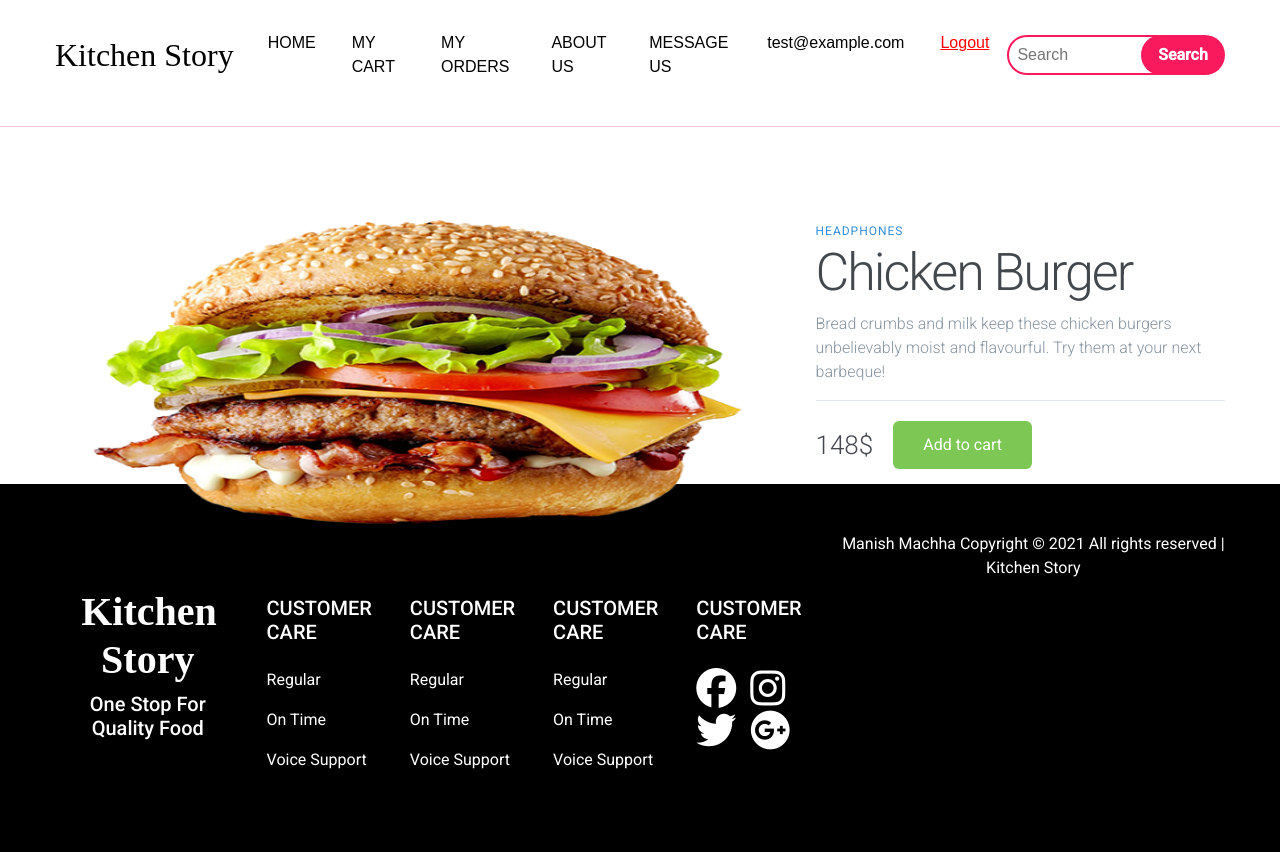
Repository: manishmachha/project-kitchenStory
Page: http://localhost/Phase_4_Kitchen_Story/products.jsp
These files come from the project's save history. The page is drawn as it stood at one moment and after the next save; the edit follows.
The browser window is 1280 px wide. The pictures show the whole page.
Some web fonts or font styles are not loaded; a fallback is used. Some web libraries are served in a nearby version. The page is served by Tomcat 10. The session is filled in as if someone had signed in: {"email": "test@example.com"}. Other server files are loaded and not shown.

Above is the page before, as saved 2022-03-08 11:08:52.

### Phase 4 Kitchen Story/src/main/webapp/products.jsp
<%@ page language="java" contentType="text/html; charset=ISO-8859-1"
	pageEncoding="ISO-8859-1"%>
<%@include file="header.jsp"%>
<%@page import="com.project.connection.ConnectionProvider"%>
<%@page import="java.sql.*"%>
<!DOCTYPE html>
<html>

<head>
<meta charset="utf-8">
<meta name="viewport" content="width=device-width, initial-scale=1">
<title>Tutorial</title>
<!-- Fonts -->
<link href="https://fonts.googleapis.com/css?family=Roboto:300,400,500"
	rel="stylesheet">
<!-- CSS -->
<link href="style.css" rel="stylesheet">
<meta name="robots" content="noindex,follow" />

</head>

<body>
	<section class="productMain">
		<main class="container">

			<!-- Left Column / Headphones Image -->
			<div class="left-column">
				<img data-image="red" class="active"
					src="images/burger-trending.png" height="400">
			</div>


			<!-- Right Column -->
			<div class="right-column">

				<!-- Product Description -->
				<div class="product-description">
					<span>Headphones</span>
					<h1>Chicken Burger</h1>
					<p>Bread crumbs and milk keep these chicken burgers
						unbelievably moist and flavourful. Try them at your next barbeque!</p>
				</div>

				<!-- Product Pricing -->
				<div class="product-price">
					<span>148$</span> <a href="#" class="cart-btn">Add to cart</a>
				</div>
			</div>
		</main>
	</section>
	<section class="news">
		<div class="container py-5">
			<div class="row">
				<div class="col-lg-9 m-auto text-center">
					<h1>Kitchen Story</h1>
					<h5>One Stop For Quality Food</h5>
				</div>
			</div>
			<div class="row pt-5">
				<div class="col-lg-11 m-auto">
					<div class="row">
						<div class="col-lg-3 py-3">
							<H5 class="pb-3">CUSTOMER CARE</H5>
							<p>Regular</p>
							<p>On Time</p>
							<p>Voice Support</p>
						</div>
						<div class="col-lg-3 py-3">
							<H5 class="pb-3">CUSTOMER CARE</H5>
							<p>Regular</p>
							<p>On Time</p>
							<p>Voice Support</p>
						</div>
						<div class="col-lg-3 py-3">
							<H5 class="pb-3">CUSTOMER CARE</H5>
							<p>Regular</p>
							<p>On Time</p>
							<p>Voice Support</p>
						</div>
						<div class="col-lg-3 py-3">
							<H5 class="pb-3">CUSTOMER CARE</H5>
							<span> <i class="fab fa-facebook"></i></span> <span> <i
								class="fab fa-instagram"></i></span> <span> <i
								class="fab fa-twitter"></i></span> <span> <i
								class="fab fa-google-plus"></i></span>
						</div>
					</div>
				</div>
			</div>
			<hr>
			<p class="text-center">Manish Machha Copyright &#169 2021 All
				rights reserved | Kitchen Story</p>
		</div>
	</section>
	<!-- Scripts -->
	<script
		src="https://cdnjs.cloudflare.com/ajax/libs/jquery/3.1.1/jquery.min.js"
		charset="utf-8"></script>
	<script src="script.js" charset="utf-8"></script>

</body>

</html>

### Phase 4 Kitchen Story/src/main/webapp/header.jsp
<%@ page language="java" contentType="text/html; charset=ISO-8859-1"
	pageEncoding="ISO-8859-1"%>
<!DOCTYPE html>
<html>
<head>
<!-- Required meta tags -->
    <meta charset="utf-8">
    <meta name="viewport" content="width=device-width, initial-scale=1">

    <!-- Font Family -->
    <link rel="preconnect" href="https://fonts.googleapis.com">
    <link rel="preconnect" href="https://fonts.gstatic.com" crossorigin>
    <link href="https://fonts.googleapis.com/css2?family=Lobster&display=swap" rel="stylesheet">

    <!-- Bootstrap CSS -->
    <link href="https://cdn.jsdelivr.net/npm/bootstrap@5.0.2/dist/css/bootstrap.min.css" rel="stylesheet" integrity="sha384-EVSTQN3/azprG1Anm3QDgpJLIm9Nao0Yz1ztcQTwFspd3yD65VohhpuuCOmLASjC" crossorigin="anonymous">
    <link rel="stylesheet" href="css/indexStyle.css">

    <!-- font awesome -->
    <script src="https://kit.fontawesome.com/c26cd2166c.js"></script>
    <title>Kitchen Story | Home</title>
</head>
<%String email=session.getAttribute("email").toString(); %>
<nav class="navbar navbar-expand-lg">
	<div class="container">
		<a class="navbar-brand" href="#">Kitchen Story</a>
		<button class="navbar-toggler" type="button" data-bs-toggle="collapse"
			data-bs-target="#navbarScroll" aria-controls="navbarScroll"
			aria-expanded="false" aria-label="Toggle navigation">
			<span class="navbar-toggler-icon"></span>
		</button>
		<div class="collapse navbar-collapse" id="navbarScroll">
			<ul class="navbar-nav m-auto my-2 my-lg-0">
				<li class="nav-item"><a class="nav-link active" href="home.jsp">Home</a>
				</li>
				<li class="nav-item"><a class="nav-link" href="#trending">My
						Cart</a></li>
				<li class="nav-item"><a class="nav-link" href="#store"> My
						Orders </a></li>
				<li class="nav-item"><a class="nav-link" href="home.jsp#aboutUs">About Us</a></li>
				<li class="nav-item"><a class="nav-link" href="messageus.jsp">Message
						Us</a></li>
				<li class="nav-item"><a class="nav-link"  id="accName" href="#"><%=email%></a>
				</li>
				<li class="nav-item"><a class="nav-link" href="logoutAction.jsp" style="color: red; text-transform:capitalize;"><u>Logout</u></a></li>
			</ul>
			<form class="d-flex">
				<input class="px-2 search" type="search" placeholder="Search"
					aria-label="Search">
				<button class="btn0" type="submit">Search</button>
			</form>
		</div>
	</div>
</nav>
<hr style="color: rgb(248, 26, 92)">

### Phase 4 Kitchen Story/src/main/webapp/css/indexStyle.css
* {
	padding: 0;
	margin: 0;
	box-sizing: border-box;
}

.navbar-brand {
	font-size: 2rem;
	color: black;
	font-family: 'Lobster', cursive;
}

.navbar-brand:hover {
	color: black;
}

.nav-link {
	margin-right: 10px;
	margin-left: 10px;
	color: black;
	font-family: 'Rubik', sans-serif;
	text-transform: uppercase;
}

.nav-link:hover {
	color: rgb(248, 26, 92);
}

.search {
	height: 40px;
	width: 80%;
	border-radius: 60px;
	outline: none;
	margin-right: -35px;
	font-family: 'Rubik', sans-serif;
	border: 2px solid rgb(248, 26, 92);
}

.btn0 {
	height: 40px;
	width: 40%;
	outline: none;
	border: none;
	background: rgb(248, 26, 92);
	color: white;
	border-radius: 60px;
	font-weight: 700;
}

.main {
	background: url(images/lunch.jpg) no-repeat;
	background-size: cover;
	height: 100vh;
	background-position: 50% 50%;
	width: 100%;
}

.main h1 {
	font-size: 4rem;
	font-weight: 700;
}

.btn1 {
	height: 45px;
	width: 35%;
	border: none;
	outline: none;
	background-color: rgb(248, 26, 92);
	color: white;
	font-weight: 700;
	border-radius: 60px;
}

.btn1:hover {
	background-color: rgb(255, 41, 41);
	transition: 0.5s;
}

.btn0:hover {
	background-color: rgb(255, 41, 41);
	transition: 0.5s;
}

h1 {
	font-weight: 700;
}

.card:hover {
	box-shadow: -2px 0px 26px -4px rgba(0, 0, 0, 0.75);
	-webkit-box-shadow: -2px 0px 26px -4px rgba(0, 0, 0, 0.75);
	-moz-box-shadow: -2px 0px 26px -4px rgba(0, 0, 0, 0.75);
	transition: 0.5s;
}

img {
	border-radius: 10px;
}

.col:hover {
	box-shadow: -2px 0px 26px -4px rgba(0, 0, 0, 0.75);
	-webkit-box-shadow: -2px 0px 26px -4px rgba(0, 0, 0, 0.75);
	-moz-box-shadow: -2px 0px 26px -4px rgba(0, 0, 0, 0.75);
	transition: 0.5s;
}

.quote {
	border-radius: 40px;
	background: linear-gradient(rgba(0, 0, 0, 0.2), rgba(0, 0, 0, 0.2)),
		url(images/quote-bg.jpg) no-repeat;
	background-size: cover;
	height: 80vh;
	width: 100%;
}

.quote h1 {
	font-family: 'Lobster', cursive;
	color: bisque;
}

.quote h6 {
	color: bisque;
}

.news {
	background-color: black;
	color: white;
}

.news h1 {
	font-family: 'Lobster', cursive;
}

.fab {
	font-size: 2.5rem;
	cursor: pointer;
	padding-right: 10px;
}

.footer {
	position: fixed;
	left: 0;
	bottom: 0;
	width: 100%;
	background-color: black;
	color: white;
	text-align: center;
}
#accName{
	text-transform: lowercase;
}

Loaded but not shown: Phase 4 Kitchen Story/src/main/webapp/style.css (common file); Phase 4 Kitchen Story/src/main/webapp/script.js (common file)

After the next save:
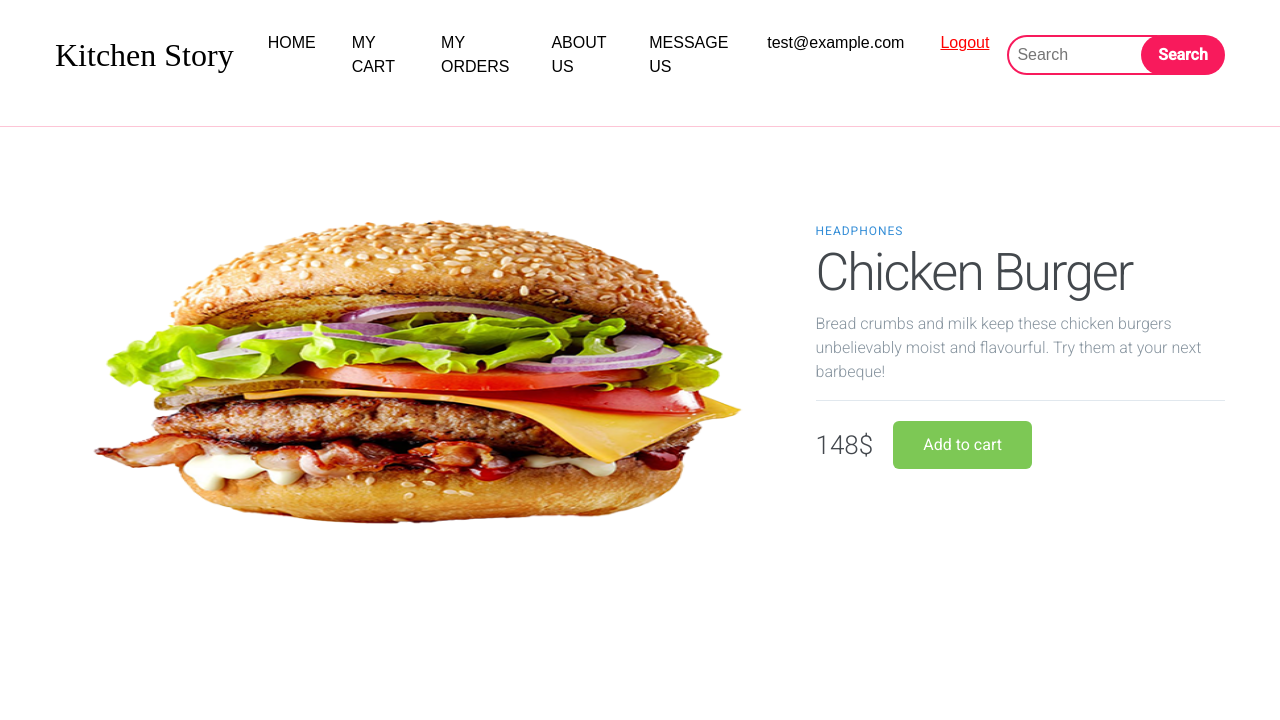
Saved 10 s later.
--- a/Phase 4 Kitchen Story/src/main/webapp/products.jsp
+++ b/Phase 4 Kitchen Story/src/main/webapp/products.jsp
@@ -48,50 +48,7 @@
 			</div>
 		</main>
 	</section>
-	<section class="news">
-		<div class="container py-5">
-			<div class="row">
-				<div class="col-lg-9 m-auto text-center">
-					<h1>Kitchen Story</h1>
-					<h5>One Stop For Quality Food</h5>
-				</div>
-			</div>
-			<div class="row pt-5">
-				<div class="col-lg-11 m-auto">
-					<div class="row">
-						<div class="col-lg-3 py-3">
-							<H5 class="pb-3">CUSTOMER CARE</H5>
-							<p>Regular</p>
-							<p>On Time</p>
-							<p>Voice Support</p>
-						</div>
-						<div class="col-lg-3 py-3">
-							<H5 class="pb-3">CUSTOMER CARE</H5>
-							<p>Regular</p>
-							<p>On Time</p>
-							<p>Voice Support</p>
-						</div>
-						<div class="col-lg-3 py-3">
-							<H5 class="pb-3">CUSTOMER CARE</H5>
-							<p>Regular</p>
-							<p>On Time</p>
-							<p>Voice Support</p>
-						</div>
-						<div class="col-lg-3 py-3">
-							<H5 class="pb-3">CUSTOMER CARE</H5>
-							<span> <i class="fab fa-facebook"></i></span> <span> <i
-								class="fab fa-instagram"></i></span> <span> <i
-								class="fab fa-twitter"></i></span> <span> <i
-								class="fab fa-google-plus"></i></span>
-						</div>
-					</div>
-				</div>
-			</div>
-			<hr>
-			<p class="text-center">Manish Machha Copyright &#169 2021 All
-				rights reserved | Kitchen Story</p>
-		</div>
-	</section>
+
 	<!-- Scripts -->
 	<script
 		src="https://cdnjs.cloudflare.com/ajax/libs/jquery/3.1.1/jquery.min.js"
